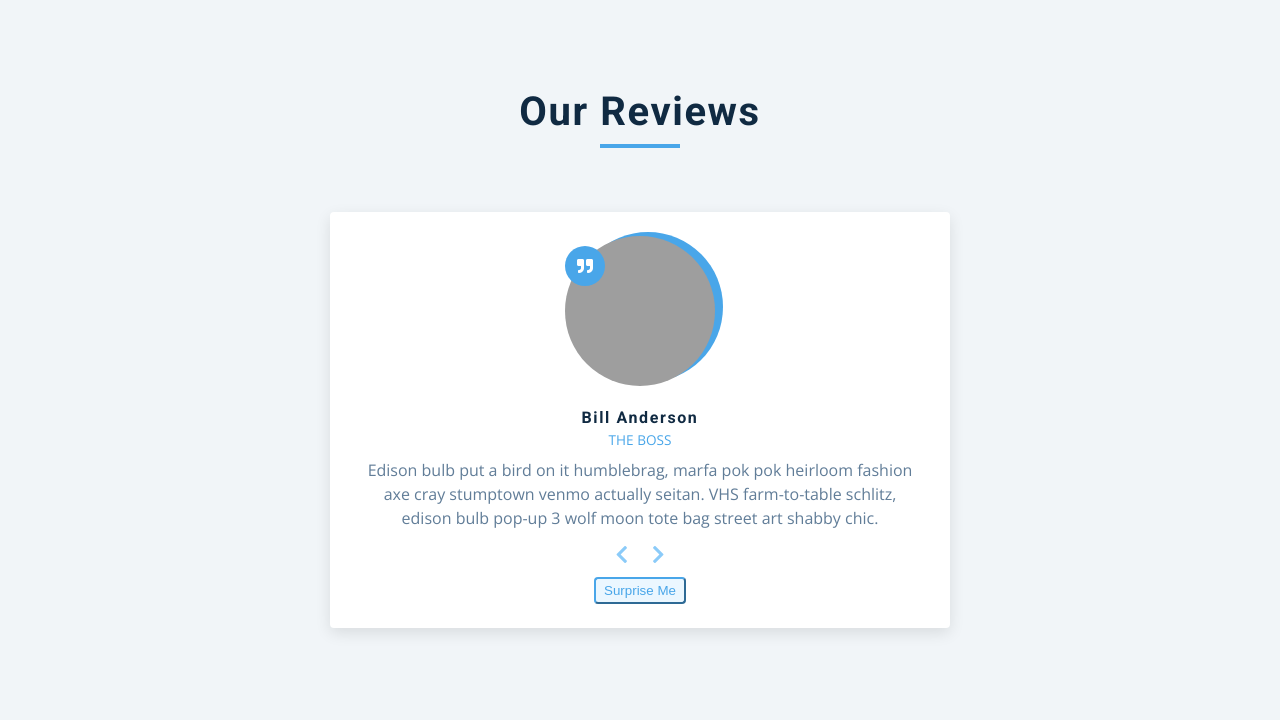
Repository: sunny070/javaScript
Page: Reviews_03/index.html
These files come from the project's save history. The page is drawn as it stood at one moment and after the next save; the edit follows.
The browser window is 1280 px wide. The pictures show the whole page.
Pictures or frames that could not be fetched are drawn as grey boxes. Some web libraries are served in a nearby version.

Above is the page before, as saved 2023-10-04 12:19:54.

### Reviews_03/index.html
<!DOCTYPE html>
<html lang="en">
  <head>
    <meta charset="UTF-8" />
    <meta name="viewport" content="width=device-width, initial-scale=1.0" />
    <title>Review</title>
    <link
      rel="stylesheet"
      href="https://cdnjs.cloudflare.com/ajax/libs/font-awesome/5.14.0/css/all.min.css"
    />
    <link rel="stylesheet" href="style.css" />
  </head>
  <body>
    <main>
      <section class="container">
        <div class="title">
          <h2>Our Reviews</h2>
          <div class="underline"></div>
        </div>
        <article class="review">
          <div class="img-container">
            <img id="person-img" src="person-1.jpeg" alt="" />
          </div>
          <h4 id="author">sara jones</h4>
          <p id="job">ux Designer</p>
          <p id="info">
            Lorem ipsum dolor sit amet consectetur, adipisicing elit. Officia,
            tempora illo hic itaque ex aperiam optio temporibus laboriosam enim
            aspernatur placeat facilis, eveniet dolorem eaque. Nam, saepe! Vel,
            quisquam ea. Minus modi corrupti unde ullam quod earum odio sapiente
            mollitia temporibus, dolore saepe consectetur inventore assumenda
            nesciunt perferendis, sunt quaerat, facilis laboriosam repudiandae
            pariatur. Recusandae autem minima eveniet qui alias. Consequatur
            culpa ipsa saepe
          </p>

          <div class="button-container">
            <button class="prev-btn">
              <i class="fas fa-chevron-left"></i>
            </button>
            <button class="prev-btn">
              <i class="fas fa-chevron-right"></i>
            </button>
          </div>
          <button class="random-btn">Surprise me</button>
        </article>
      </section>
    </main>

    <script src="app.js"></script>
  </body>
</html>

### Reviews_03/style.css
/*
===============
Fonts
===============
*/
@import url("https://fonts.googleapis.com/css?family=Open+Sans|Roboto:400,700&display=swap");

/*
===============
Variables
===============
*/

:root {
  /* dark shades of primary color*/
  --clr-primary-1: hsl(205, 86%, 17%);
  --clr-primary-2: hsl(205, 77%, 27%);
  --clr-primary-3: hsl(205, 72%, 37%);
  --clr-primary-4: hsl(205, 63%, 48%);
  /* primary/main color */
  --clr-primary-5: hsl(205, 78%, 60%);
  /* lighter shades of primary color */
  --clr-primary-6: hsl(205, 89%, 70%);
  --clr-primary-7: hsl(205, 90%, 76%);
  --clr-primary-8: hsl(205, 86%, 81%);
  --clr-primary-9: hsl(205, 90%, 88%);
  --clr-primary-10: hsl(205, 100%, 96%);
  /* darkest grey - used for headings */
  --clr-grey-1: hsl(209, 61%, 16%);
  --clr-grey-2: hsl(211, 39%, 23%);
  --clr-grey-3: hsl(209, 34%, 30%);
  --clr-grey-4: hsl(209, 28%, 39%);
  /* grey used for paragraphs */
  --clr-grey-5: hsl(210, 22%, 49%);
  --clr-grey-6: hsl(209, 23%, 60%);
  --clr-grey-7: hsl(211, 27%, 70%);
  --clr-grey-8: hsl(210, 31%, 80%);
  --clr-grey-9: hsl(212, 33%, 89%);
  --clr-grey-10: hsl(210, 36%, 96%);
  --clr-white: #fff;
  --clr-red-dark: hsl(360, 67%, 44%);
  --clr-red-light: hsl(360, 71%, 66%);
  --clr-green-dark: hsl(125, 67%, 44%);
  --clr-green-light: hsl(125, 71%, 66%);
  --clr-black: #222;
  --ff-primary: "Roboto", sans-serif;
  --ff-secondary: "Open Sans", sans-serif;
  --transition: all 0.3s linear;
  --spacing: 0.1rem;
  --radius: 0.25rem;
  --light-shadow: 0 5px 15px rgba(0, 0, 0, 0.1);
  --dark-shadow: 0 5px 15px rgba(0, 0, 0, 0.2);
  --max-width: 1170px;
  --fixed-width: 620px;
}
/*
===============
Global Styles
===============
*/

*,
::after,
::before {
  margin: 0;
  padding: 0;
  box-sizing: border-box;
}
body {
  font-family: var(--ff-secondary);
  background: var(--clr-grey-10);
  color: var(--clr-grey-1);
  line-height: 1.5;
  font-size: 0.875rem;
}
ul {
  list-style-type: none;
}
a {
  text-decoration: none;
}
h1,
h2,
h3,
h4 {
  letter-spacing: var(--spacing);
  text-transform: capitalize;
  line-height: 1.25;
  margin-bottom: 0.75rem;
  font-family: var(--ff-primary);
}
h1 {
  font-size: 3rem;
}
h2 {
  font-size: 2rem;
}
h3 {
  font-size: 1.25rem;
}
h4 {
  font-size: 0.875rem;
}
p {
  margin-bottom: 1.25rem;
  color: var(--clr-grey-5);
}
@media screen and (min-width: 800px) {
  h1 {
    font-size: 4rem;
  }
  h2 {
    font-size: 2.5rem;
  }
  h3 {
    font-size: 1.75rem;
  }
  h4 {
    font-size: 1rem;
  }
  body {
    font-size: 1rem;
  }
  h1,
  h2,
  h3,
  h4 {
    line-height: 1;
  }
}
/*  global classes */

/* section */
.section {
  padding: 5rem 0;
}

.section-center {
  width: 90vw;
  margin: 0 auto;
  max-width: 1170px;
}
@media screen and (min-width: 992px) {
  .section-center {
    width: 95vw;
  }
}
main {
  min-height: 100vh;
  display: grid;
  place-items: center;
}

/*
===============
Reviews
===============
*/
main {
  min-height: 100vh;
  display: grid;
  place-items: center;
}
.title {
  text-align: center;
  margin-bottom: 4rem;
}
.underline {
  height: 0.25rem;
  width: 5rem;
  background: var(--clr-primary-5);
  margin-left: auto;
  margin-right: auto;
}
.container {
  width: 80vw;
  max-width: var(--fixed-width);
}
.review {
  background: var(--clr-white);
  padding: 1.5rem 2rem;
  border-radius: var(--radius);
  box-shadow: var(--light-shadow);
  transition: var(--transition);
  text-align: center;
}
.review:hover {
  box-shadow: var(--dark-shadow);
}
.img-container {
  position: relative;
  width: 150px;
  height: 150px;
  border-radius: 50%;
  margin: 0 auto;
  margin-bottom: 1.5rem;
}
#person-img {
  width: 100%;
  display: block;
  height: 100%;
  object-fit: cover;
  border-radius: 50%;
  position: relative;
}
.img-container::after {
  font-family: "Font Awesome 5 Free";
  font-weight: 900;
  content: "\f10e";
  position: absolute;
  top: 0;
  left: 0;
  width: 2.5rem;
  height: 2.5rem;
  display: grid;
  place-items: center;
  border-radius: 50%;
  transform: translateY(25%);
  background: var(--clr-primary-5);
  color: var(--clr-white);
}
.img-container::before {
  content: "";
  width: 100%;
  height: 100%;
  background: var(--clr-primary-5);
  position: absolute;
  top: -0.25rem;
  right: -0.5rem;
  border-radius: 50%;
}
#author {
  margin-bottom: 0.25rem;
}
#job {
  margin-bottom: 0.5rem;
  text-transform: uppercase;
  color: var(--clr-primary-5);
  font-size: 0.85rem;
}
#info {
  margin-bottom: 0.75rem;
}
.prev-btn,
.next-btn {
  color: var(--clr-primary-7);
  font-size: 1.25rem;
  background: transparent;
  border-color: transparent;
  margin: 0 0.5rem;
  transition: var(--transition);
  cursor: pointer;
}
.prev-btn:hover,
.next-btn:hover {
  color: var(--clr-primary-5);
}
.random-btn {
  margin-top: 0.5rem;
  background: var(--clr-primary-10);
  color: var(--clr-primary-5);
  padding: 0.25rem 0.5rem;
  text-transform: capitalize;
  border-radius: var(--radius);
  transition: var(--transition);
  border-color: var(--clr-primary-5);
  cursor: pointer;
}
.random-btn:hover {
  background: var(--clr-primary-5);
  color: var(--clr-primary-1);
}

### Reviews_03/app.js
const reviews = [
  {
    id: 1,
    name: "susan smith",
    job: "web developer",
    img: "https://www.course-api.com/images/people/person-1.jpeg",
    text: "I'm baby meggings twee health goth +1. Bicycle rights tumeric chartreuse before they sold out chambray pop-up. Shaman humblebrag pickled coloring book salvia hoodie, cold-pressed four dollar toast everyday carry",
  },
  {
    id: 2,
    name: "anna johnson",
    job: "web designer",
    img: "https://www.course-api.com/images/people/person-2.jpeg",
    text: "Helvetica artisan kinfolk thundercats lumbersexual blue bottle. Disrupt glossier gastropub deep v vice franzen hell of brooklyn twee enamel pin fashion axe.photo booth jean shorts artisan narwhal.",
  },
  {
    id: 3,
    name: "peter jones",
    job: "intern",
    img: "https://www.course-api.com/images/people/person-4.jpeg",
    text: "Sriracha literally flexitarian irony, vape marfa unicorn. Glossier tattooed 8-bit, fixie waistcoat offal activated charcoal slow-carb marfa hell of pabst raclette post-ironic jianbing swag.",
  },
  {
    id: 4,
    name: "bill anderson",
    job: "the boss",
    img: "https://www.course-api.com/images/people/person-3.jpeg",
    text: "Edison bulb put a bird on it humblebrag, marfa pok pok heirloom fashion axe cray stumptown venmo actually seitan. VHS farm-to-table schlitz, edison bulb pop-up 3 wolf moon tote bag street art shabby chic. ",
  },
];

//select items
const img=document.getElementById('person-img');
const author=document.getElementById('author');
const job=document.getElementById('job');
const info=document.getElementById('info');

const prevBtn =document.querySelector('prev-btn')
const nextBtn =document.querySelector('.next-btn')
const randomBtn =document.querySelector('.random-btn')

//set starting item
let currentItem = 3;

//load initial item
window.addEventListener('DOMContentLoaded',function(){
  // console.log('shake and bake')
  showPerson();
})

//show person based on item

function showPerson(person){
  const item = reviews[currentItem];
  console.log(item)
  img.src = item.img;
  author.textContent=item.name;
  job.textContent=item.job;
  info.textContent=item.text;
}

After the next save:
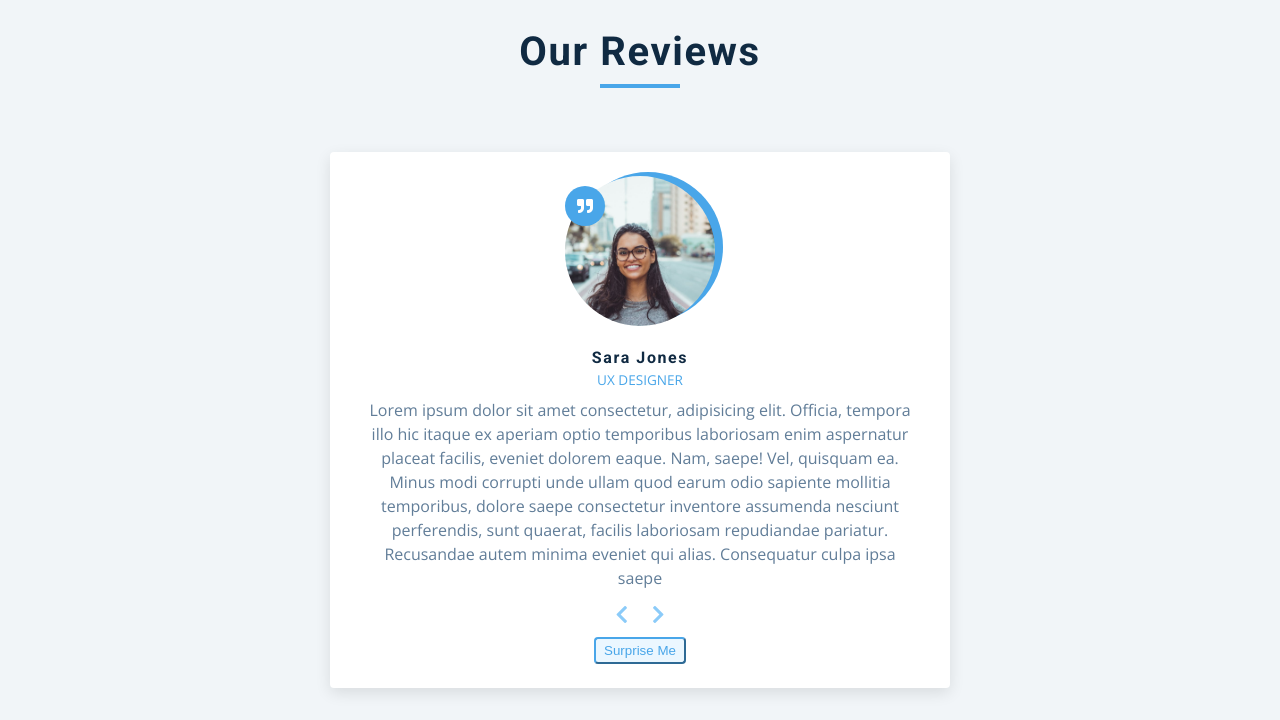
Console error: TypeError: Cannot read properties of undefined (reading 'img')
Saved 16 s later.
--- a/Reviews_03/app.js
+++ b/Reviews_03/app.js
@@ -51,7 +51,7 @@ window.addEventListener('DOMContentLoaded',function(){
 //show person based on item
 
 function showPerson(person){
-  const item = reviews[currentItem];
+  const item = reviews[person];
   console.log(item)
   img.src = item.img;
   author.textContent=item.name;

After the save that followed:
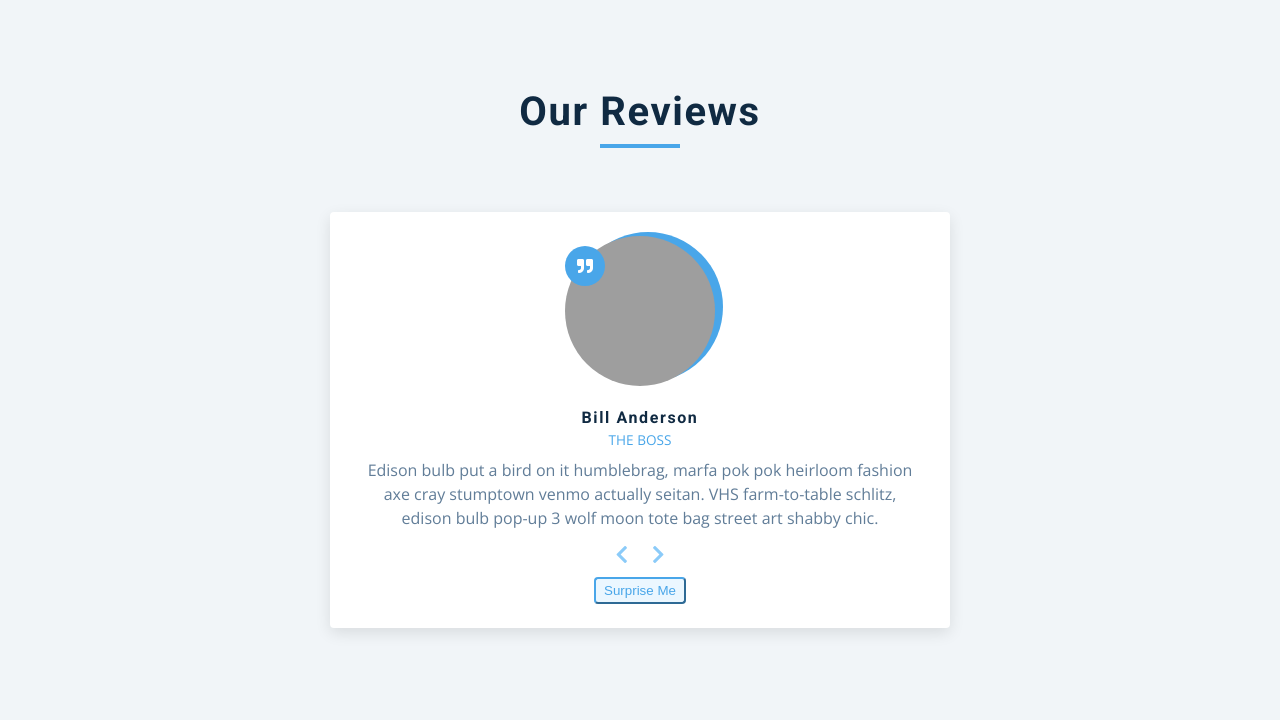
The error is gone.
Saved 26 s later.
--- a/Reviews_03/app.js
+++ b/Reviews_03/app.js
@@ -45,7 +45,7 @@ let currentItem = 3;
 //load initial item
 window.addEventListener('DOMContentLoaded',function(){
   // console.log('shake and bake')
-  showPerson();
+  showPerson(currentItem);
 })
 
 //show person based on item
